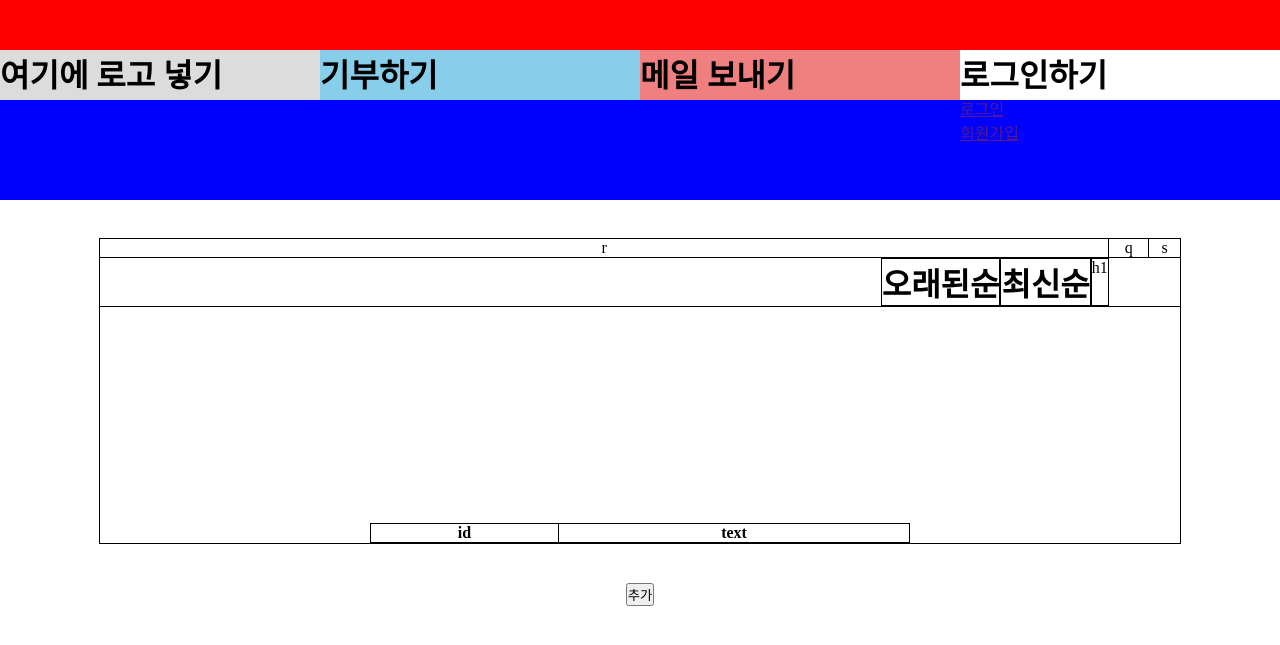
Repository: Yeojin0523/Survey
Page: http://localhost/Blog/Blog/list.jsp
These files come from the project's save history. The page is drawn as it stood at one moment and after the next save; the edit follows.
The browser window is 1280 px wide. The pictures show the whole page.
The page is served by Tomcat 9. Other server files are loaded and not shown. The template is opened directly, without the code that normally fills it, so the values that code supplies are empty.

Above is the page before, as saved 2024-07-29 05:46:24.

### Blog/src/main/webapp/Blog/list.jsp
<%@ page language="java" contentType="text/html; charset=UTF-8"
	pageEncoding="UTF-8"%>
<%@ page import="java.util.List"%>
<%@ page import="java.util.ArrayList"%>
<%@ page import="java.sql.DriverManager"%>
<%@ page import="java.sql.ResultSet"%>
<%@ page import="java.sql.PreparedStatement"%>
<%@ page import="java.sql.Connection"%>
<%@ page import="java.sql.SQLException"%>

<%
Connection conn = null;
PreparedStatement pstmt = null;
ResultSet rs = null;
%>

<!DOCTYPE html>
<html>
<head>
<meta charset="UTF-8">
<title>my blog</title>
<script src="list.js"></script>
<link rel="stylesheet" href="list.css">
</head>
<body>
	<div class="wrapper">
		<div class="wrap">
			<div class="top_gnb_area"></div>
			<div class="top_area">
				<div class="logo_area">
					<h1>여기에 로고 넣기</h1>
				</div>
				<div class="donate_area">
					<h1>기부하기</h1>
				</div>

				<div class="mail_area">
					<h1>메일 보내기</h1>
				</div>
				<div class="login_area">
					<h1>로그인하기</h1>
					<!-- 로그인 안한 상태 -->
					<c:if test="${memeber == null}">
						<div class="loginBtn">
							<a href="">로그인</a>
						</div>
						<span><a href="">회원가입</a></span>
					</c:if>
				</div>
			</div>
		</div>
	</div>




	<div class="frame">
		<table class="outer_table">
			<tr>
				<td>r</td>
				<td>q</td>
				<td>s</td>
			</tr>
			<tr class="list">
				<td>h1</td>
				<td>
					<h1>최신순</h1>
				</td>
				<td>
					<h1>오래된순</h1>
				</td>
			</tr>
			<tr>
				<td colspan="3">
					<div class="content">
						<div class="donateList">
							<table class="inner_table">
								<tr>
									<th>id</th>
									<th>text</th>
								</tr>
								<%
								try {
									Class.forName("oracle.jdbc.driver.OracleDriver");
									conn = DriverManager.getConnection("jdbc:oracle:thin:@localhost:1521:XE", "c##systemid", "systempwd");
									String sql = "SELECT * FROM blog";
									pstmt = conn.prepareStatement(sql);
									rs = pstmt.executeQuery();

									while (rs.next()) {
										out.println("<tr>");
										out.println("<td>" + rs.getInt("seq") + "</td>");
										out.println("<td>" + rs.getString("text") + "</td>");
										out.println("</tr>");
									}
								} catch (Exception e) {
									e.printStackTrace();
								} finally {
									try {
										if (rs != null)
									rs.close();
										if (pstmt != null)
									pstmt.close();
										if (conn != null)
									conn.close();
									} catch (Exception e) {
										e.printStackTrace();
									}
								}
								%>
							</table>
						</div>
					</div>
				</td>
			</tr>
		</table>
	</div>


	<div class="button_area">
		<button id="insertBtn">추가</button>
	</div>
</body>
</html>

### Blog/src/main/webapp/Blog/list.js
/** list.js의 script file
 *
 */
document.addEventListener("DOMContentLoaded", function(){
	document.getElementById("insertBtn").addEventListener("click", function(){
		window.location.href="InsertForm.jsp";
	});
});

### Blog/src/main/webapp/Blog/list.css
@charset "UTF-8";
*{
	margin:0;
	padding:0;
}
/*화면 전체*/
.wrapper{
	width:100%;
}
/*content 랩*/
.content{
	width:1080px;
	margin:auto;
}
.top_gnb_area{
	width:100%;
	height:50px;
	background-color: red;
}
.top_area{
	width:100%;
	height:150px;
	background-color: blue;
	align-items: center;
}
.logo_area{
	width:25%;
	height:50px;
	background-color: gainsboro;
	float:left;
}
.donate_area{
	width:25%;
	height:50px;
	background-color: skyblue;
	float:left;
}
.mail_area{
	width:25%;
	height:50px;
	background-color: lightcoral;
	float:left;
}
.login_area{
	width:25%;
	height:50px;
	background-color: white;
	float:right;
}
table{
	margin-left:auto;
	margin-right:auto;
	text-align: center;
}
table, td, th{
	border-collapse: collapse;
	border:1px solid black;
}
.outer_table{
	margin-top:3%;
}
.inner_table{
	margin-top:20%;
	width:50%;
	height:50%;
}
.button_area{
	text-align: center;
	padding:3%;
}
.list{
	display: flex;
	flex-direction: row-reverse;
}

After the next save:
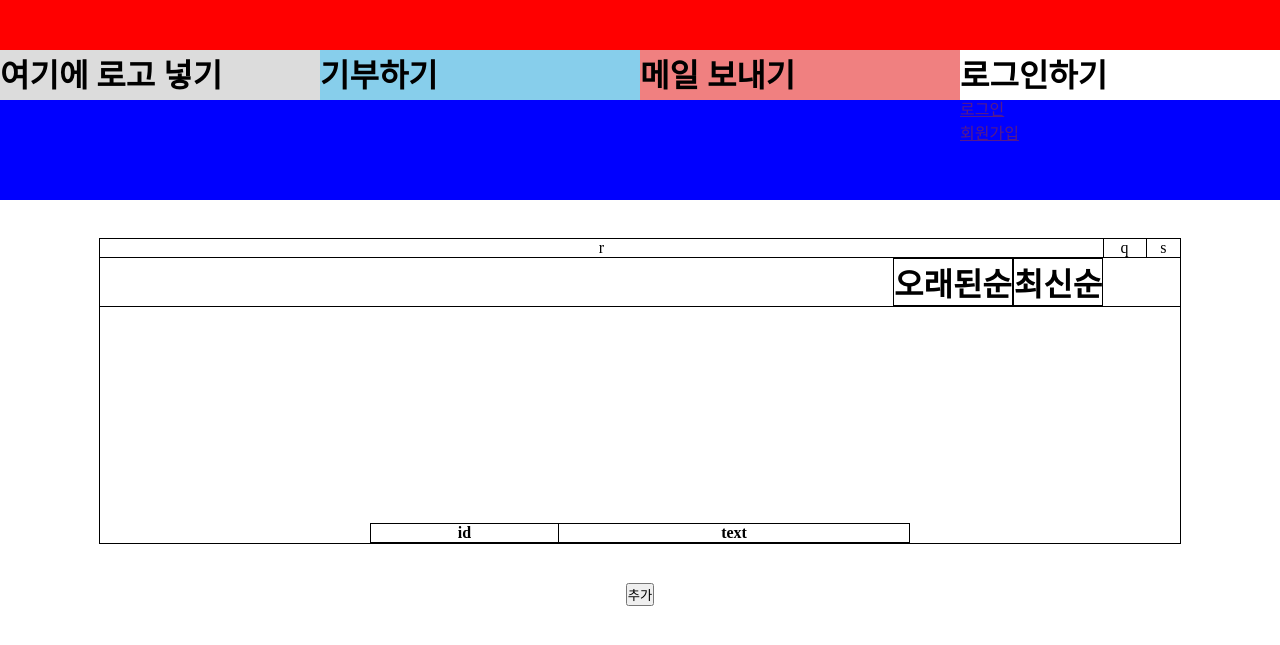
Saved 11 s later.
--- a/Blog/src/main/webapp/Blog/list.jsp
+++ b/Blog/src/main/webapp/Blog/list.jsp
@@ -62,7 +62,6 @@ ResultSet rs = null;
 				<td>s</td>
 			</tr>
 			<tr class="list">
-				<td>h1</td>
 				<td>
 					<h1>최신순</h1>
 				</td>
